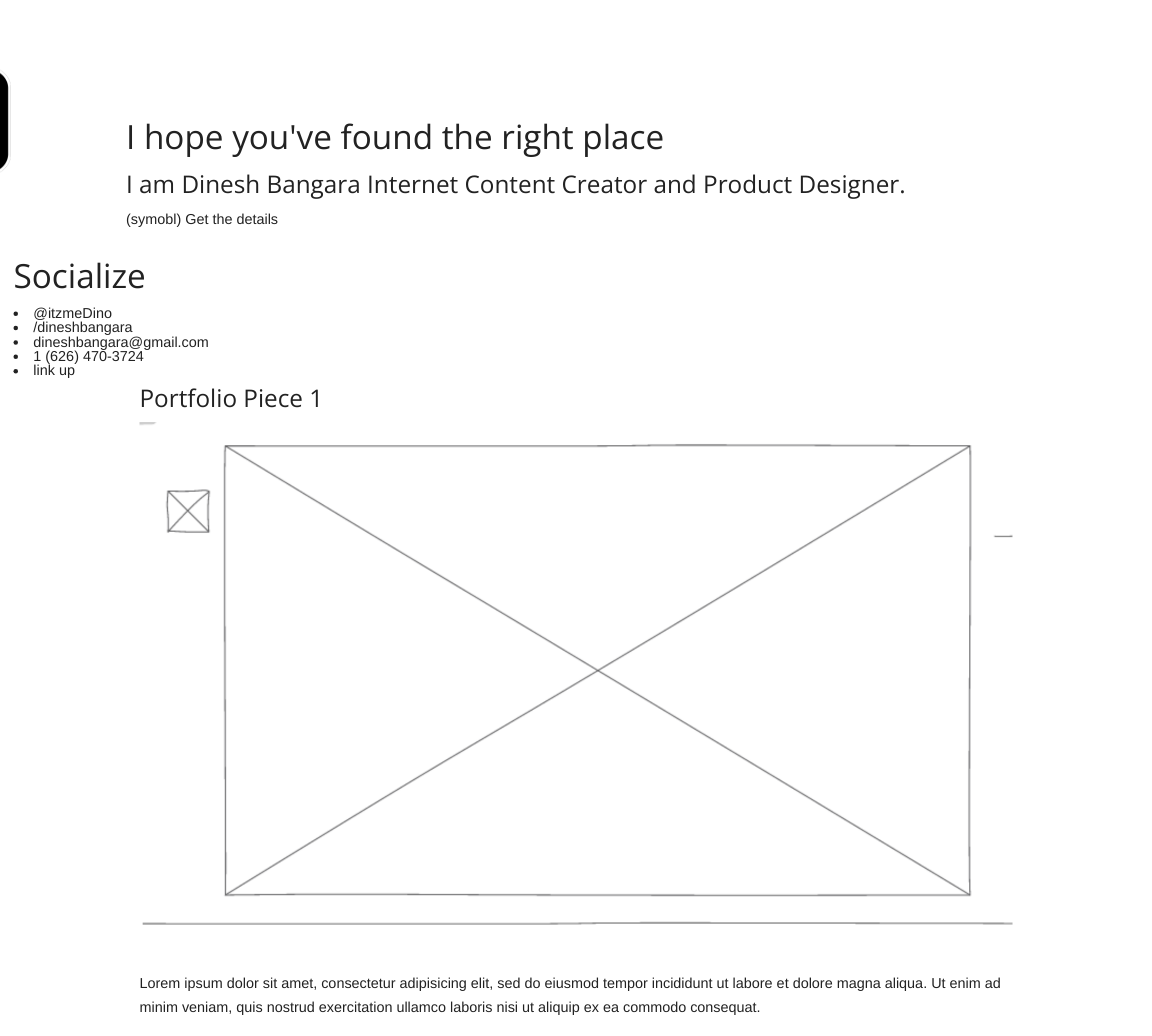
Repository: dineshb/HTML5_Portfolio
Page: Basic/index.html
The author's editor kept a copy of each file at every save. The page is drawn from the files as they stood at one save, then again after the next save.
The browser window is 1280 px wide. The pictures show the whole page, at 90% of full size.

Above is the page before, as saved 2013-11-22 05:00:21.
Console error (its wording comes from the project's code and is left out).

After the next save:
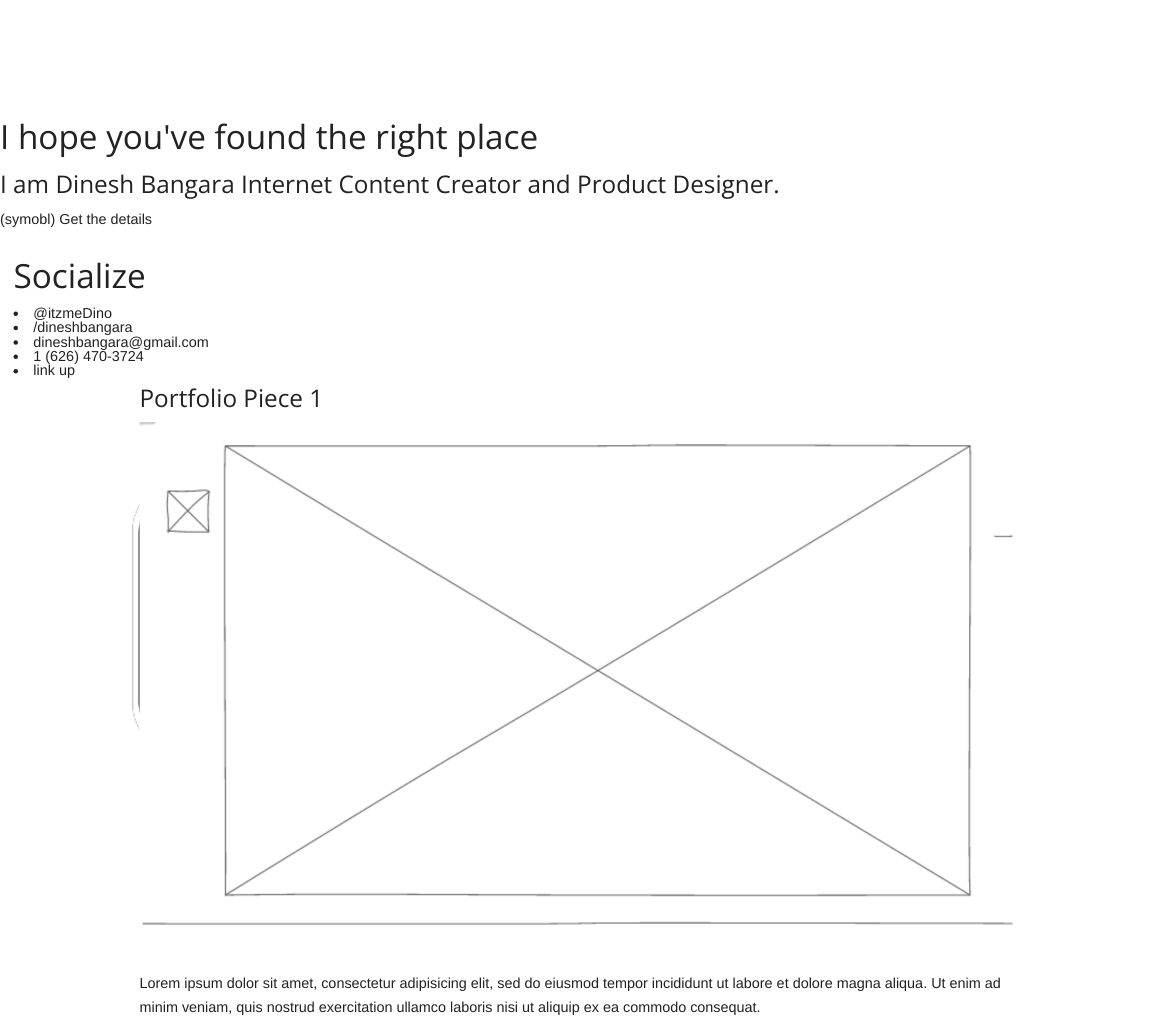
Saved 39 s later.
--- a/Basic/index.html
+++ b/Basic/index.html
@@ -37,7 +37,7 @@
 </nav>
 <div class="About Dropdown">
 	<div class="row">
-		<div class="large-6 columns">
+
 			<strong class="show-for-medium-up">
 			<img class="logo" src="img/About192.png"/>
 			</strong>
